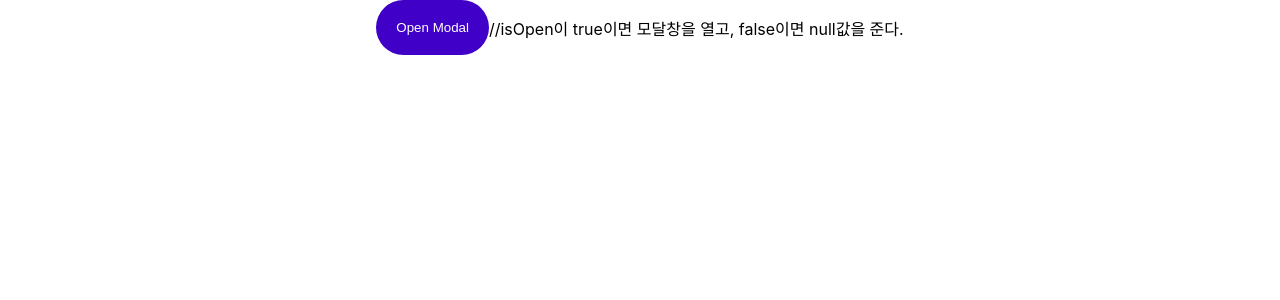
Repository: janghwahyun/wanted_pre_onboarding
Page: /Modal
The author's editor kept a copy of each file at every save. The page is drawn from the files as they stood at one save, then again after the next save.
The browser window is 1280 px wide. The pictures show the whole page.
The project was rebuilt for these pictures with package versions that can differ from the ones it lists, and the page was loaded fresh each time. Also part of the build but not shown: src/component/ClickToEdit.js, src/component/AutoComplete.js, src/component/Tab.js, src/component/Toggle.js.

Above is the page before, as saved 2022-02-11 13:12:22.

After the next save:
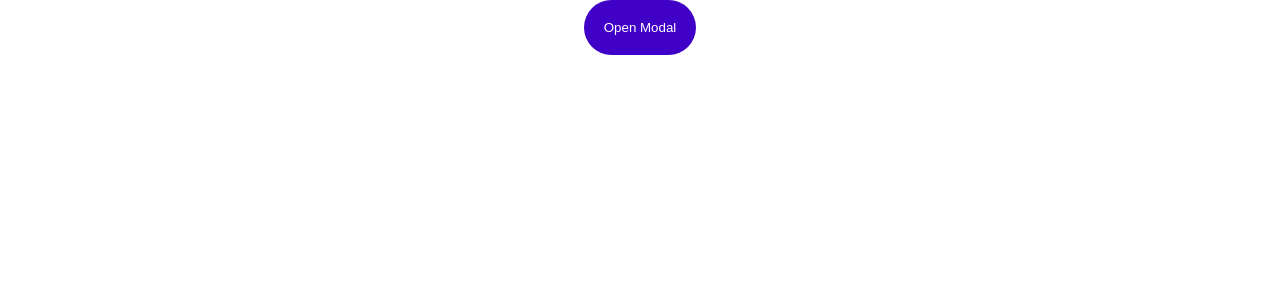
Saved 12 s later.
--- a/src/component/Modal.js
+++ b/src/component/Modal.js
@@ -12,7 +12,7 @@ const Modal = () => {
       <ModalContainer>
         {/* 모달창이 열렸을 때 버튼은'Opened!' 닫혔을 때 'Open Modal' */}
         <ModalBtn onClick={openModalHandler}>{isOpen ? 'Opened!' : 'Open Modal'}</ModalBtn>
-        //isOpen이 true이면 모달창을 열고, false이면 null값을 준다.
+        {/* isOpen이 true이면 모달창을 열고, false이면 null값을 준다. */}
         {isOpen ? (
           <ModalBackdrop onClick={openModalHandler}>
             <ModalView
